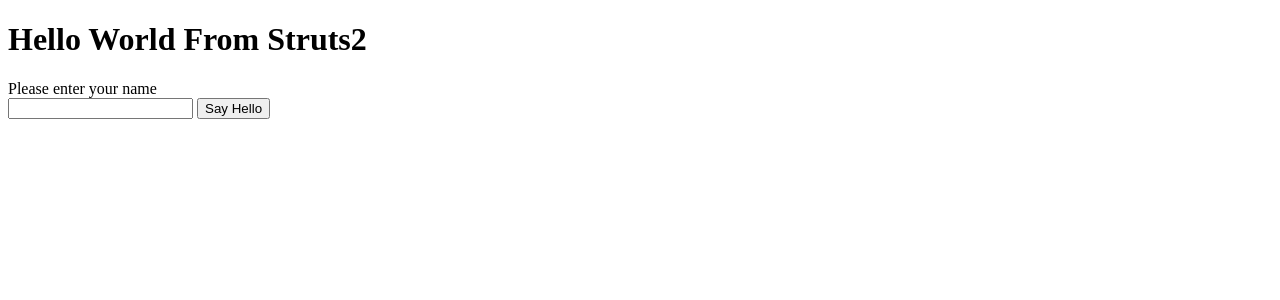
Repository: rling3/StrutsPractice
Page: http://localhost/HelloWorldStruts2/
These files come from the project's save history. The page is drawn as it stood at one moment and after the next save; the edit follows.
The browser window is 1280 px wide. The pictures show the whole page.
The page is served by Tomcat 9.

Above is the page before, as saved 2015-10-21 19:02:53.

After the next save:
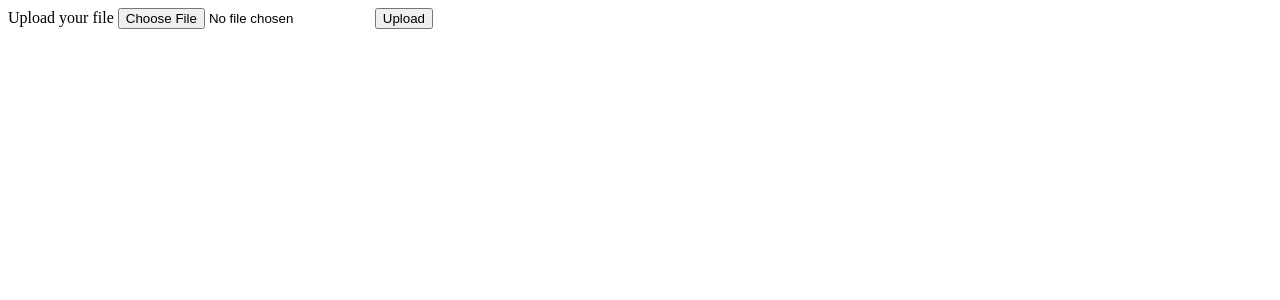
Saved 5 min 58 s later.
--- a/HelloWorldStruts2/WebContent/index.jsp
+++ b/HelloWorldStruts2/WebContent/index.jsp
@@ -1,18 +1,17 @@
 <%@ page language="java" contentType="text/html; charset=ISO-8859-1"
-   pageEncoding="ISO-8859-1"%>
+pageEncoding="ISO-8859-1"%>
 <%@ taglib prefix="s" uri="/struts-tags"%>
-   <!DOCTYPE html PUBLIC "-//W3C//DTD HTML 4.01 Transitional//EN"
+<!DOCTYPE html PUBLIC "-//W3C//DTD HTML 4.01 Transitional//EN"
 "http://www.w3.org/TR/html4/loose.dtd">
 <html>
 <head>
-<title>Hello World</title>
+<title>File Upload</title>
 </head>
 <body>
-   <h1>Hello World From Struts2</h1>
-   <form action="hello">
-      <label for="name">Please enter your name</label><br/>
-      <input type="text" name="name"/>
-      <input type="submit" value="Say Hello"/>
+   <form action="upload" method="post" enctype="multipart/form-data">
+      <label for="myFile">Upload your file</label>
+      <input type="file" name="myFile" />
+      <input type="submit" value="Upload"/>
    </form>
 </body>
 </html>
